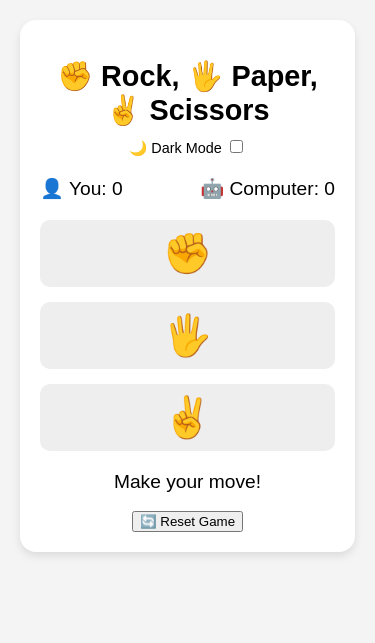
Repository: alokanand524/anand-portfolio
Page: games/rock-paper-game/index.html
The author's editor kept a copy of each file at every save. The page is drawn from the files as they stood at one save, then again after a run of saves.
The browser window is 375 px wide. The pictures show the whole page.

Above is the page before, as saved 2025-07-31 16:12:59.

### games/rock-paper-game/index.html
<!DOCTYPE html>
<html lang="en">

<head>
    <meta charset="UTF-8" />
    <meta name="viewport" content="width=device-width, initial-scale=1.0" />
    <title>✊🖐✌ Rock Paper Scissors</title>
    <link rel="stylesheet" href="style.css" />
    <script src="https://code.jquery.com/jquery-3.6.0.min.js"></script>
</head>

<body>
    <div class="game-container">
        <h1>✊ Rock, 🖐 Paper, ✌ Scissors</h1>

        <label class="dark-toggle">
            🌙 Dark Mode
            <input type="checkbox" id="dark-toggle" />
        </label>

        <div class="scoreboard">
            <div>👤 You: <span id="player-score">0</span></div>
            <div>🤖 Computer: <span id="computer-score">0</span></div>
        </div>

        <div class="choices">
            <button class="choice" data-choice="rock">✊</button>
            <button class="choice" data-choice="paper">🖐</button>
            <button class="choice" data-choice="scissors">✌</button>
        </div>

        <div id="result">Make your move!</div>

        <button class="reset-btn" onclick="resetGame()">🔄 Reset Game</button>

        <audio id="win-sound" src="https://assets.mixkit.co/sfx/preview/mixkit-video-game-win-2016.mp3"></audio>
        <audio id="lose-sound" src="https://assets.mixkit.co/sfx/preview/mixkit-losing-piano-2024.mp3"></audio>
        <audio id="draw-sound" src="https://assets.mixkit.co/sfx/preview/mixkit-arcade-retro-game-over-213.wav"></audio>
    </div>

    <script src="script.js"></script>
</body>

</html>

### games/rock-paper-game/style.css
body {
  font-family: Arial, sans-serif;
  background: #f4f4f4;
  margin: 0;
  padding: 20px;
  text-align: center;
  transition: background 0.3s, color 0.3s;
}

.game-container {
  max-width: 500px;
  margin: auto;
  padding: 20px;
  border-radius: 16px;
  background: white;
  box-shadow: 0 4px 8px rgba(0,0,0,0.1);
}

h1 {
  font-size: 1.8em;
  margin-bottom: 10px;
}

.scoreboard {
  display: flex;
  justify-content: space-between;
  margin: 10px 0 20px;
  font-size: 1.2em;
}

.choices {
  display: flex;
  justify-content: space-around;
  margin: 20px 0;
}

.choice {
  font-size: 2.5em;
  padding: 10px 20px;
  background: #eee;
  border: none;
  border-radius: 10px;
  transition: transform 0.2s;
}

.choice:hover {
  transform: scale(1.1);
  background: #ddd;
  cursor: pointer;
}

#result {
  font-size: 1.2em;
  margin-top: 15px;
  min-height: 40px;
}

.dark-mode {
  background: #1e1e1e;
  color: #f4f4f4;
}

.dark-mode .game-container {
  background: #2b2b2b;
  box-shadow: none;
}

.dark-toggle {
  font-size: 0.9em;
  margin-bottom: 10px;
  display: inline-block;
}

@media (max-width: 480px) {
  .choices {
    flex-direction: column;
    gap: 15px;
  }
  .choice {
    width: 100%;
  }
}

### games/rock-paper-game/script.js
$(document).ready(function () {
  const choices = ["rock", "paper", "scissors"];
  let playerScore = 0;
  let computerScore = 0;

  function playSound(result) {
    const soundMap = {
      win: '#win-sound',
      lose: '#lose-sound',
      draw: '#draw-sound'
    };
    $(soundMap[result])[0].play();
  }

  function getComputerChoice() {
    const rand = Math.floor(Math.random() * 3);
    return choices[rand];
  }

  function determineWinner(player, computer) {
    if (player === computer) return "draw";
    if (
      (player === "rock" && computer === "scissors") ||
      (player === "scissors" && computer === "paper") ||
      (player === "paper" && computer === "rock")
    ) return "win";
    return "lose";
  }

  $(".choice").click(function () {
    const playerChoice = $(this).data("choice");
    const computerChoice = getComputerChoice();

    const result = determineWinner(playerChoice, computerChoice);
    playSound(result);

    if (result === "win") {
      playerScore++;
      $("#result").text(`✅ You win! ${playerChoice} beats ${computerChoice}`);
    } else if (result === "lose") {
      computerScore++;
      $("#result").text(`❌ You lose! ${computerChoice} beats ${playerChoice}`);
    } else {
      $("#result").text(`🤝 It's a draw! You both chose ${playerChoice}`);
    }

    $("#player-score").text(playerScore);
    $("#computer-score").text(computerScore);
  });

  $("#dark-toggle").change(function () {
    $("body").toggleClass("dark-mode");
  });
});

After the next 2 saves:
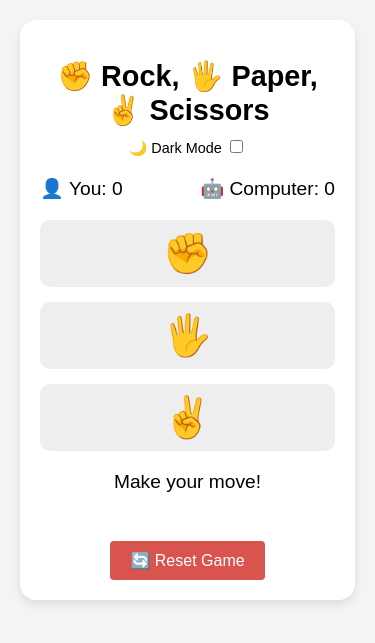
The 2 saves are shown as one change because they came seconds apart.
The last was saved 30 s later.
--- a/games/rock-paper-game/style.css
+++ b/games/rock-paper-game/style.css
@@ -1,82 +1,98 @@
 body {
-  font-family: Arial, sans-serif;
-  background: #f4f4f4;
-  margin: 0;
-  padding: 20px;
-  text-align: center;
-  transition: background 0.3s, color 0.3s;
+    font-family: Arial, sans-serif;
+    background: #f4f4f4;
+    margin: 0;
+    padding: 20px;
+    text-align: center;
+    transition: background 0.3s, color 0.3s;
 }
 
 .game-container {
-  max-width: 500px;
-  margin: auto;
-  padding: 20px;
-  border-radius: 16px;
-  background: white;
-  box-shadow: 0 4px 8px rgba(0,0,0,0.1);
+    max-width: 500px;
+    margin: auto;
+    padding: 20px;
+    border-radius: 16px;
+    background: white;
+    box-shadow: 0 4px 8px rgba(0, 0, 0, 0.1);
 }
 
 h1 {
-  font-size: 1.8em;
-  margin-bottom: 10px;
+    font-size: 1.8em;
+    margin-bottom: 10px;
 }
 
 .scoreboard {
-  display: flex;
-  justify-content: space-between;
-  margin: 10px 0 20px;
-  font-size: 1.2em;
+    display: flex;
+    justify-content: space-between;
+    margin: 10px 0 20px;
+    font-size: 1.2em;
 }
 
 .choices {
-  display: flex;
-  justify-content: space-around;
-  margin: 20px 0;
+    display: flex;
+    justify-content: space-around;
+    margin: 20px 0;
 }
 
 .choice {
-  font-size: 2.5em;
-  padding: 10px 20px;
-  background: #eee;
-  border: none;
-  border-radius: 10px;
-  transition: transform 0.2s;
+    font-size: 2.5em;
+    padding: 10px 20px;
+    background: #eee;
+    border: none;
+    border-radius: 10px;
+    transition: transform 0.2s;
 }
 
 .choice:hover {
-  transform: scale(1.1);
-  background: #ddd;
-  cursor: pointer;
+    transform: scale(1.1);
+    background: #ddd;
+    cursor: pointer;
 }
 
 #result {
-  font-size: 1.2em;
-  margin-top: 15px;
-  min-height: 40px;
+    font-size: 1.2em;
+    margin-top: 15px;
+    min-height: 40px;
 }
 
 .dark-mode {
-  background: #1e1e1e;
-  color: #f4f4f4;
+    background: #1e1e1e;
+    color: #f4f4f4;
 }
 
 .dark-mode .game-container {
-  background: #2b2b2b;
-  box-shadow: none;
+    background: #2b2b2b;
+    box-shadow: none;
 }
 
 .dark-toggle {
-  font-size: 0.9em;
-  margin-bottom: 10px;
-  display: inline-block;
+    font-size: 0.9em;
+    margin-bottom: 10px;
+    display: inline-block;
+}
+
+.reset-btn {
+    margin-top: 30px;
+    background-color: #d9534f;
+    color: white;
+    border: none;
+    padding: 10px 20px;
+    font-size: 16px;
+    border-radius: 4px;
+    cursor: pointer;
+}
+
+.reset-btn:hover {
+    background-color: #c9302c;
 }
 
 @media (max-width: 480px) {
-  .choices {
-    flex-direction: column;
-    gap: 15px;
-  }
-  .choice {
-    width: 100%;
-  }
+    .choices {
+        flex-direction: column;
+        gap: 15px;
+    }
+
+    .choice {
+        width: 100%;
+    }
 }
